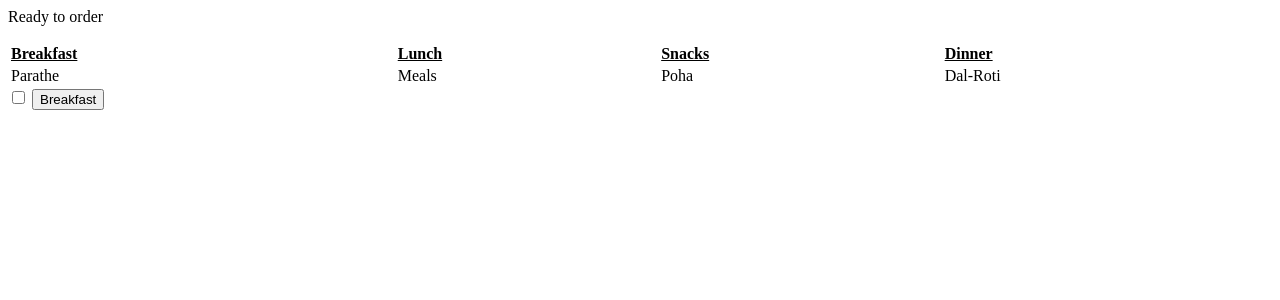
Repository: agarwaljayant7/JavaStuffs
Page: BillingSystem/HotelBillingSystem/WebContent/Menu.html
An editor plug-in stored every save of this project. The page is shown before and after the next save, followed by the edit.
The browser window is 1280 px wide. The pictures show the whole page.

Above is the page before, as saved 2019-12-27 17:02:11.

### BillingSystem/HotelBillingSystem/WebContent/Menu.html
<html>
<head>
<script type="text/javascript" src="Breakfast.js"></script>
</head>
<body>
<p>Ready to order</p>
<form>

<table style="width:100%">
  <tr>
    <td><b><u>Breakfast</u></b></td>
    <td><b><u>Lunch</u></b></td>
    <td><b><u>Snacks</u></b></td>
    <td><b><u>Dinner</u></b></td>
  </tr>
  <tr>
    <td>Parathe</td>
    <td>Meals</td>
    <td>Poha</td>
    <td>Dal-Roti</td>
  </tr>
</table>


<input type ="checkbox"/ Parathe>
<!-- <button onclick="myFunction()">Try it</button>

<script>
function myFunction() {
  var x = document.createElement("INPUT");
  x.setAttribute("type", "checkbox");
  document.body.appendChild(x);
}
</script>
 -->

<input type="button" value="Breakfast" onclick="breakfast()"/>
</form>
</body>
</html>

### BillingSystem/HotelBillingSystem/WebContent/Breakfast.js

function breakfast(){
 //alert("cooking breakfast");


}

After the next save:
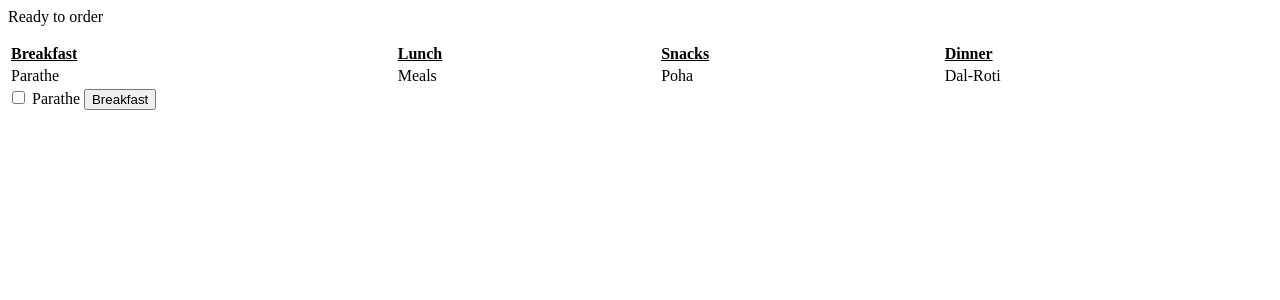
Saved 30 s later.
--- a/BillingSystem/HotelBillingSystem/WebContent/Menu.html
+++ b/BillingSystem/HotelBillingSystem/WebContent/Menu.html
@@ -22,7 +22,7 @@
 </table>
 
 
-<input type ="checkbox"/ Parathe>
+<input type ="checkbox"/> Parathe
 <!-- <button onclick="myFunction()">Try it</button>
 
 <script>
